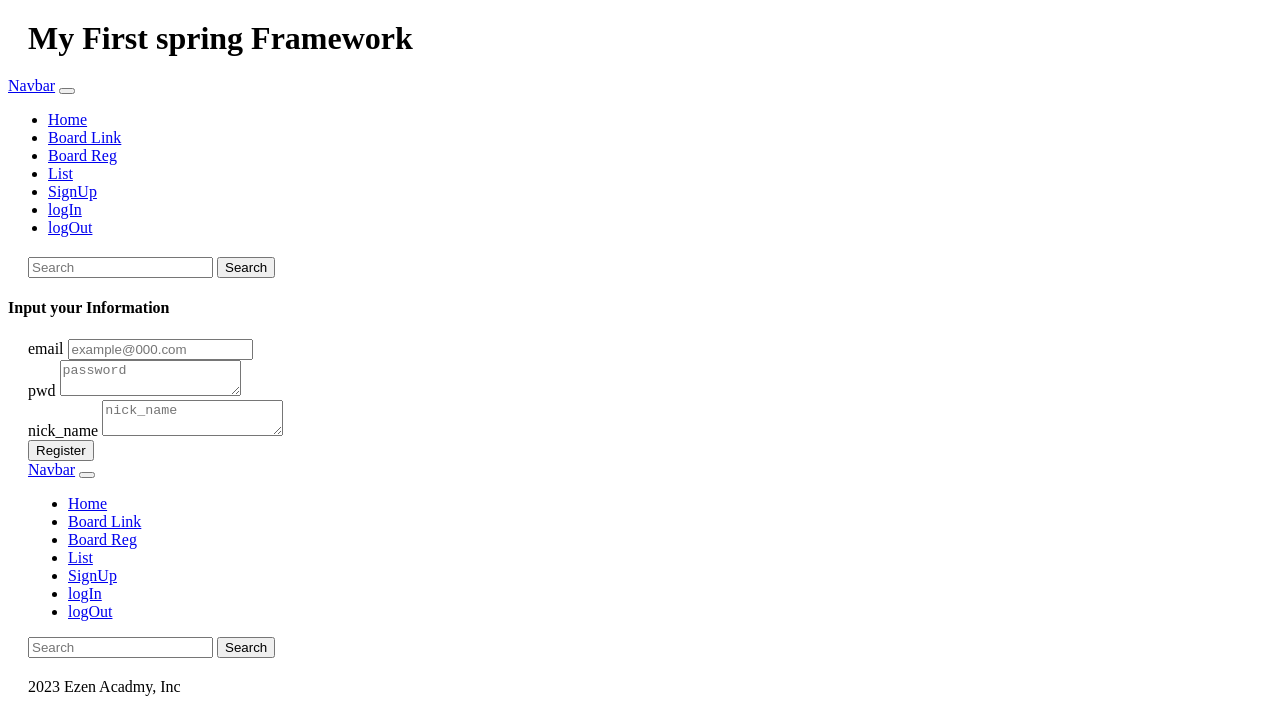
Repository: fbsrb458/link
Page: http://localhost/springProject/WEB-INF/views/member/register.jsp
These files come from the project's save history. The page is drawn as it stood at one moment and after the next save; the edit follows.
The browser window is 1280 px wide. The pictures show the whole page.
The page is served by Tomcat 9. Nobody is signed in. Other server files are loaded and not shown. The template is opened directly, without the code that normally fills it, so the values that code supplies are empty.

Above is the page before, as saved 2023-10-27 10:50:41.

### springProject/src/main/webapp/WEB-INF/views/member/register.jsp
<%@ page language="java" contentType="text/html; charset=UTF-8"
    pageEncoding="UTF-8"%>
<%@ taglib prefix="c" uri="http://java.sun.com/jsp/jstl/core" %>
<!DOCTYPE html>
<html>
<head>
<meta charset="UTF-8">
<title>Insert title here</title>
</head>
<body>
<jsp:include page="../common/header.jsp" />
<jsp:include page="../common/nav.jsp" />
<!-- email, pwd, nick_name -->
<div class="container">
<h4 class="mb-3">Input your Information</h4>
<form action="/board/register" method="post" enctype="multipart/form-data">
		<div class="mb-3">
		  <label for="e" class="form-label">email</label>
		  <input type="email" class="form-control" name="email" id="e" placeholder="example@000.com">
		</div>
		<div class="mb-3">
		  <label for="p" class="form-label">pwd</label>
		  <textarea type="password" class="form-control" name="writer" id="p" placeholder="password"></textarea>
		</div>
		<div class="mb-3">
		  <label for="n" class="form-label">nick_name</label>
		  <textarea type="text" class="form-control" name="nickname" id="n" placeholder="nick_name"></textarea>
		</div>
		<button type="submit">Register</button>
		<jsp:include page="../common/nav.jsp" />
</form>
</div>
</body>


















</div>
<jsp:include page="../common/footer.jsp" />
</body>
</html>

### springProject/src/main/webapp/WEB-INF/views/common/header.jsp
<%@ page language="java" contentType="text/html; charset=UTF-8"
    pageEncoding="UTF-8"%>
    <%@ taglib uri="http://java.sun.com/jsp/jstl/core" prefix="c" %>
<!DOCTYPE html>
<html>
<head>

<meta charset="UTF-8">
<title>Insert title here</title>
<style type="text/css">
h1,p,h3,form{
margin: 20px
}</style>
</head>
<body>


<h1>My First spring Framework</h1>



</body>
</html>

### springProject/src/main/webapp/WEB-INF/views/common/nav.jsp
<%@ page language="java" contentType="text/html; charset=UTF-8"
    pageEncoding="UTF-8"%>
    <%@ taglib uri="http://java.sun.com/jsp/jstl/core" prefix="c" %>
<!DOCTYPE html>
<html>
<head>
<meta charset="UTF-8">
<title>Insert title here</title>
</head>
<body>
<header>
<nav class="navbar navbar-expand-lg bg-body-tertiary">
  <div class="container-fluid">
    <a class="navbar-brand" href="#">Navbar</a>
    <button class="navbar-toggler" type="button" data-bs-toggle="collapse" data-bs-target="#navbarSupportedContent" aria-controls="navbarSupportedContent" aria-expanded="false" aria-label="Toggle navigation">
      <span class="navbar-toggler-icon"></span>
    </button>
    <div class="collapse navbar-collapse" id="navbarSupportedContent">
      <ul class="navbar-nav me-auto mb-2 mb-lg-0">
        <li class="nav-item">
          <a class="nav-link active" aria-current="page" href="#">Home</a>
        </li>

        <li class="nav-item">
          <a class="nav-link" href="#">Board Link</a>
        </li>

        <li class="nav-item">
          <a class="nav-link" href="/board/register">Board Reg</a>
        </li>

         <li class="nav-item">
          <a class="nav-link" href="/board/list">List</a>
        </li>

         <li class="nav-item">
          <a class="nav-link" href="/member/register">SignUp</a>
        </li>

        <li class="nav-item">
          <a class="nav-link" href="/member/login">logIn</a>
        </li>

        <li class="nav-item">
          <a class="nav-link" href="/member/logout">logOut</a>
        </li>



      </ul>
      <form class="d-flex" role="search">
        <input class="form-control me-2" type="search" placeholder="Search" aria-label="Search">
        <button class="btn btn-outline-success" type="submit">Search</button>
      </form>
    </div>
  </div>
</nav>
</header>
</body>
</html>

### springProject/src/main/webapp/WEB-INF/views/common/footer.jsp
<%@ page language="java" contentType="text/html; charset=UTF-8"
    pageEncoding="UTF-8"%>
    <%@ taglib uri="http://java.sun.com/jsp/jstl/core" prefix="c" %>
<!DOCTYPE html>
<html>
<head>

<meta charset="UTF-8">
<title>Insert title here</title>
</head>
<body>
<div>

	<p>2023 Ezen Acadmy, Inc</p>
</div>
</body>
</html>

After the next save:
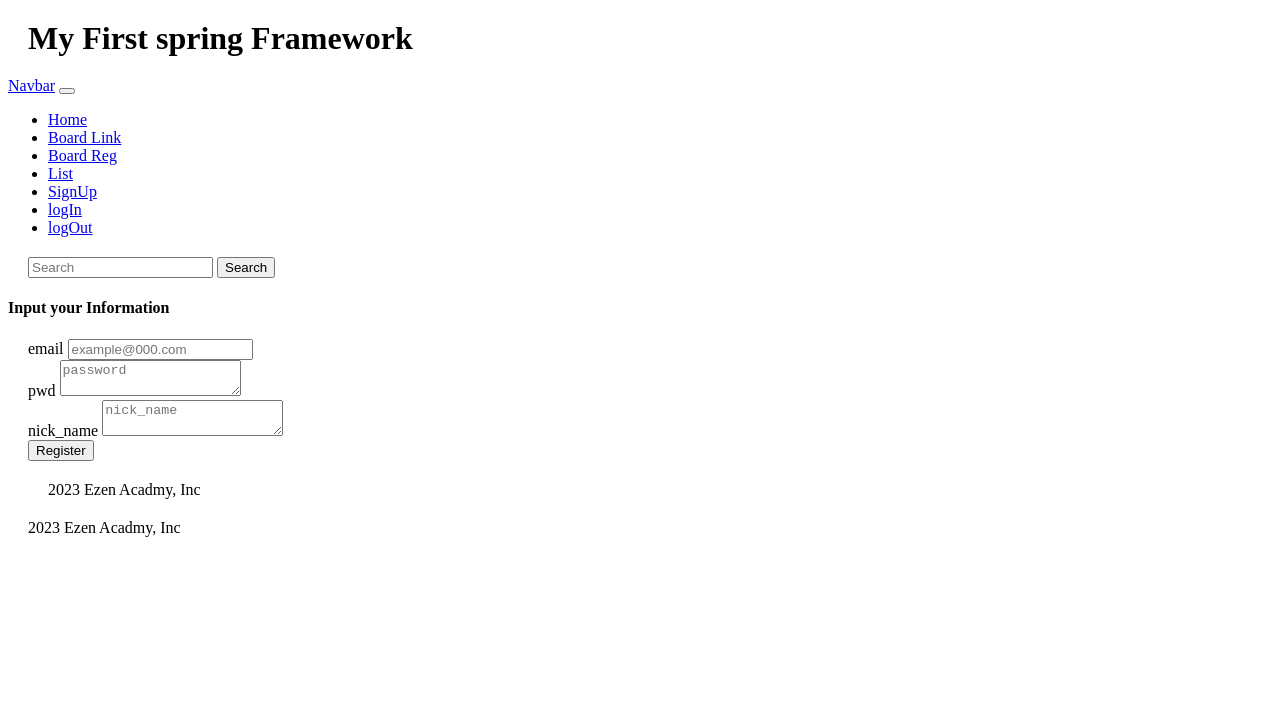
Saved 30 s later.
--- a/springProject/src/main/webapp/WEB-INF/views/member/register.jsp
+++ b/springProject/src/main/webapp/WEB-INF/views/member/register.jsp
@@ -27,7 +27,7 @@
 		  <textarea type="text" class="form-control" name="nickname" id="n" placeholder="nick_name"></textarea>
 		</div>
 		<button type="submit">Register</button>
-		<jsp:include page="../common/nav.jsp" />
+		<jsp:include page="../common/footer.jsp" />
 </form>
 </div>
 </body>
